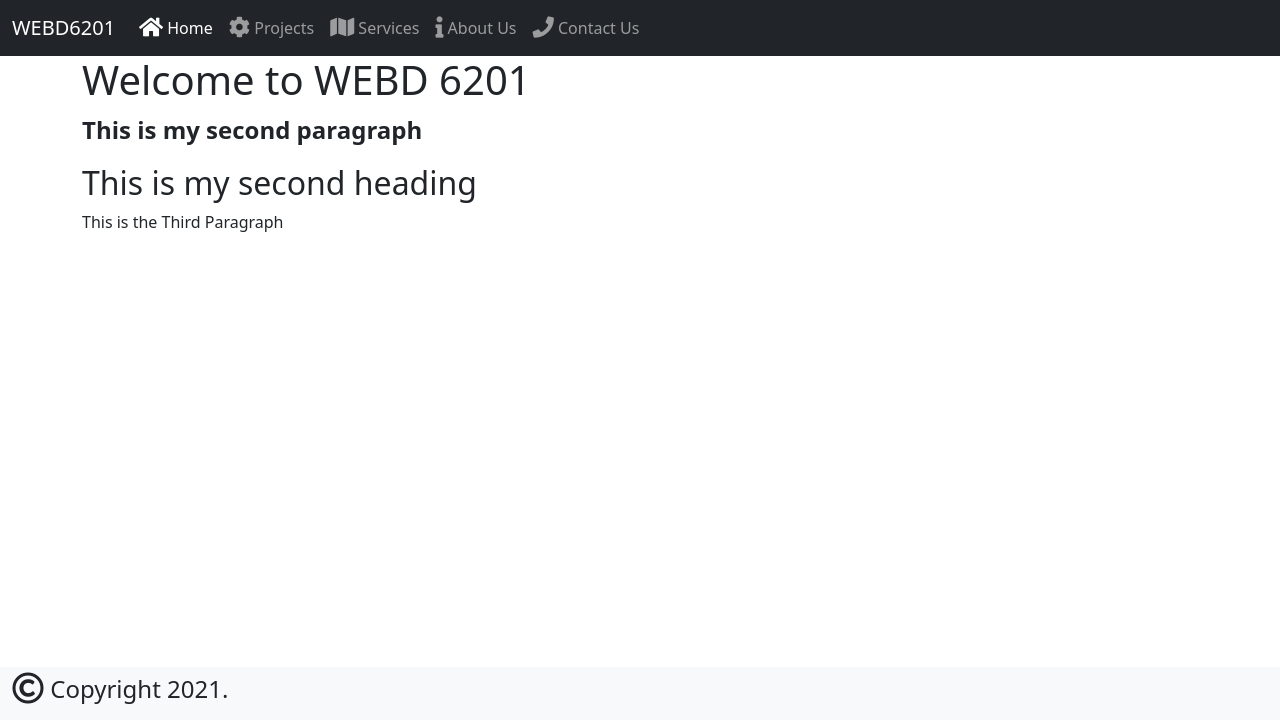
Repository: Sub4Sub/Lab_1
Page: index.html
An editor plug-in stored every save of this project. The page is shown before and after the next save, followed by the edit.
The browser window is 1280 px wide. The pictures show the whole page.

Above is the page before, as saved 2021-02-03 18:23:36.

After the next save:
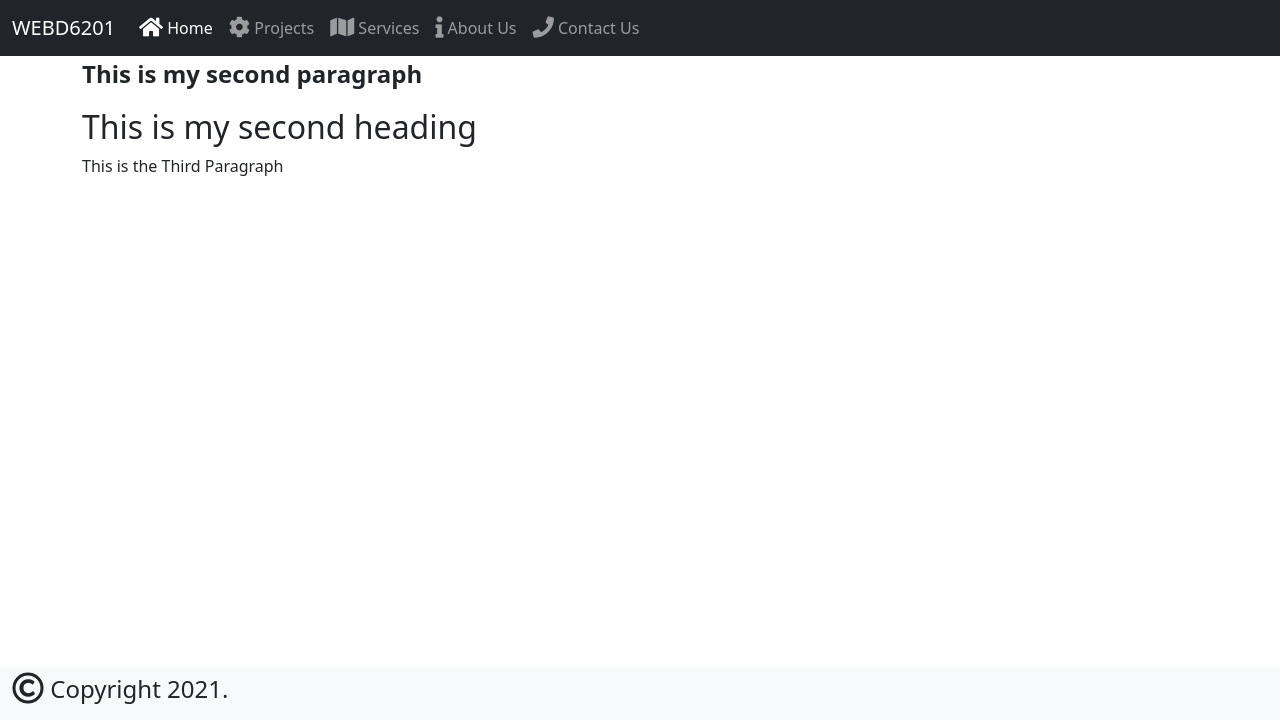
Saved 6 s later.
--- a/index.html
+++ b/index.html
@@ -48,7 +48,6 @@
 
     <!-- Main Content -->
     <main class="container">
-        <h1>Welcome to WEBD 6201</h1>
     </main>
 
     <!-- Main Footer -->
